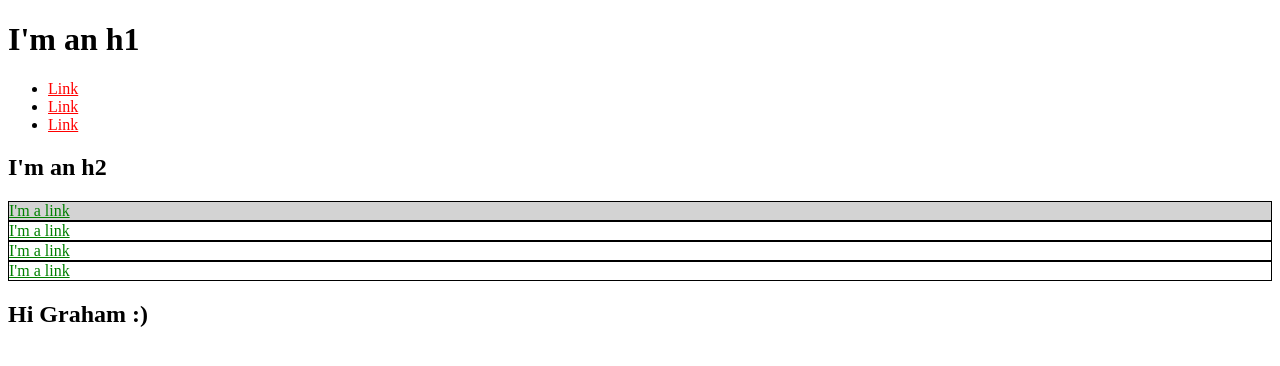
Repository: danielunsdorfer/danielunsdorfer.github.io
Page: index.html
The author's editor kept a record of every edit. The page is drawn from the files as they stood at one moment, then again after the next edit.
The browser window is 1280 px wide. The pictures show the whole page.

Above is the page before.

### index.html
<!DOCTYPE html>
<html>
  <head>
    <title>Test Page: Don't Panic</title>
    <meta charset="utf=8">
    <style>
      #exec-bio {
        background-color: lightgray;
      }
      .bio-box {
        border: 1px solid black;
      }
      a {
        color: red;
      }
      div {
        border: 1px solid black;
      }
      div a {
        color: green;
      }
    </style>
  </head>
  <body>
    <h1>I'm an h1</h1>
    <ul>
      <li>
        <a href="http://example.com/">Link</a>
      </li>
      <li>
        <a href="http://example.com/">Link</a>
      </li>
      <li>
        <a href="http://example.com/">Link</a>
      </li>
    </ul>
    <h2>I'm an h2</h2>
    <div id="exec-bio" class="bio-box">
      <a href="http://example.com/">I'm a link</a>
    </div>
    <div class="bio-box">
      <a href="http://example.com/">I'm a link</a>
    </div>
    <div class="bio-box">
      <a href="http://example.com/">I'm a link</a>
    </div>
    <div class="bio-box">
      <a href="http://example.com/">I'm a link</a>
    </div>
    <h2>Hi Graham :)</h2>
  </body>
</html>

After the next edit:
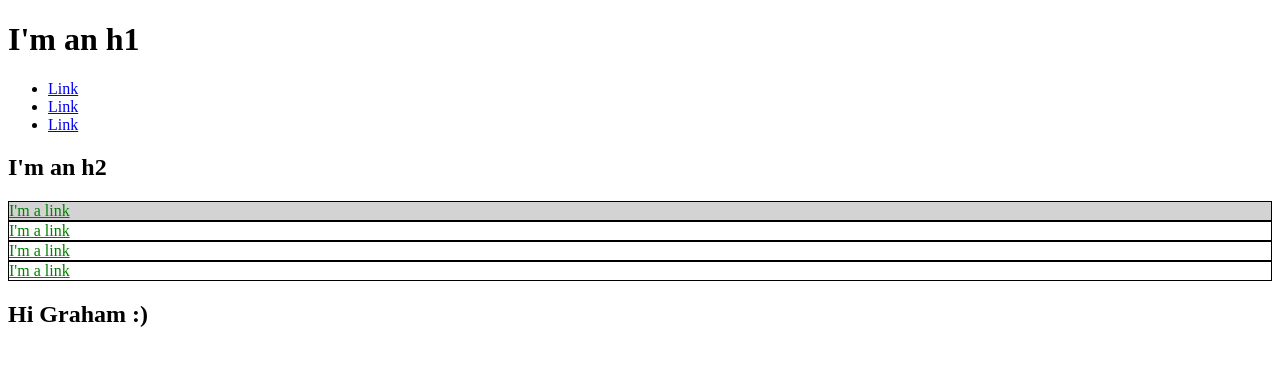
The edit:
--- a/index.html
+++ b/index.html
@@ -10,13 +10,7 @@
       .bio-box {
         border: 1px solid black;
       }
-      a {
-        color: red;
-      }
-      div {
-        border: 1px solid black;
-      }
-      div a {
+      .bio-box a {
         color: green;
       }
     </style>

After the edit that followed:
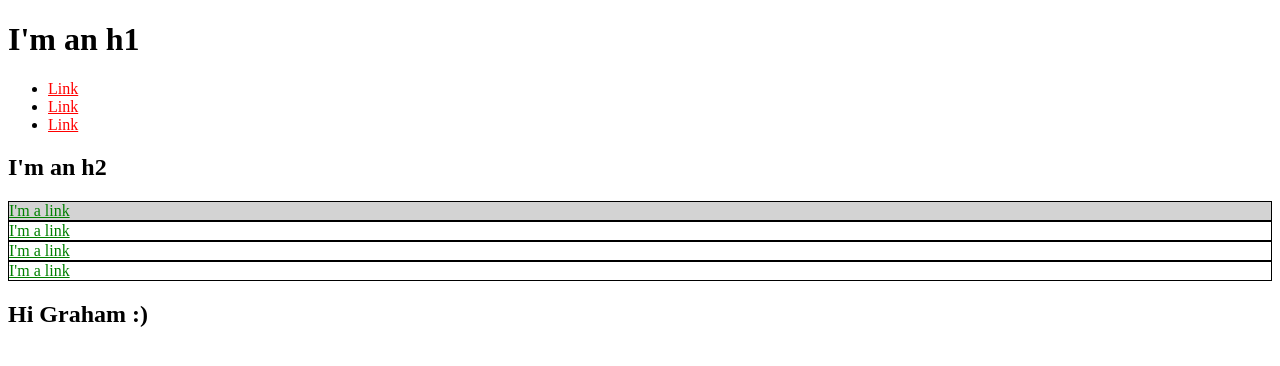
The edit:
--- a/index.html
+++ b/index.html
@@ -4,6 +4,9 @@
     <title>Test Page: Don't Panic</title>
     <meta charset="utf=8">
     <style>
+      a {
+        color: red;
+      }
       #exec-bio {
         background-color: lightgray;
       }
